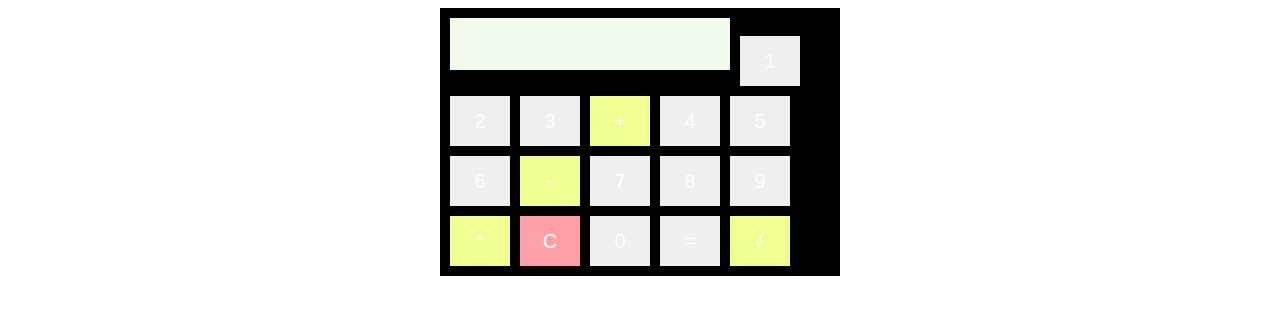
Repository: Drumstrum88/LAB-calculator
Page: index.html
The author's editor kept a copy of each file at every save. The page is drawn from the files as they stood at one save, then again after a run of saves.
The browser window is 1280 px wide. The pictures show the whole page.

Above is the page before, as saved 2023-04-15 14:59:27.

After the next 2 saves:
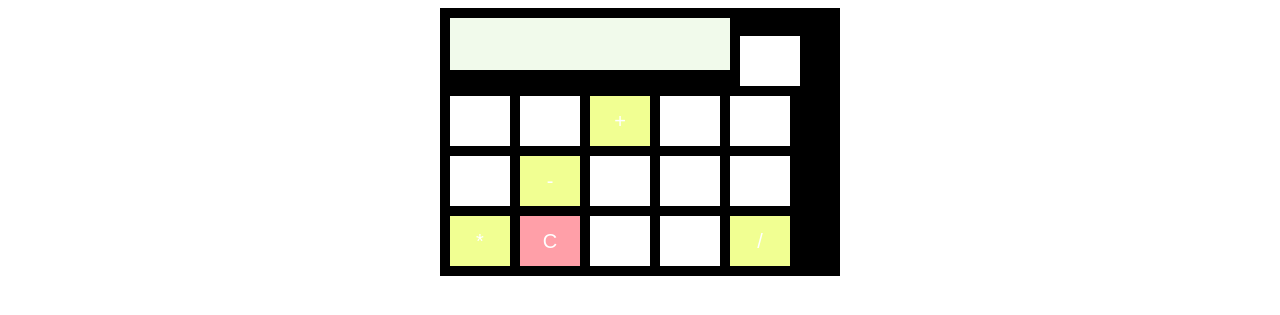
The 2 saves are shown as one change because they came seconds apart.
The last was saved 14 s later.
--- a/main.css
+++ b/main.css
@@ -16,7 +16,7 @@ input{
   top: 5px;
   border: 0;
   color:white;
-  background-color: 4px;
+  background-color: white;
   width: 60px;
   height: 50px;
   float: left;
